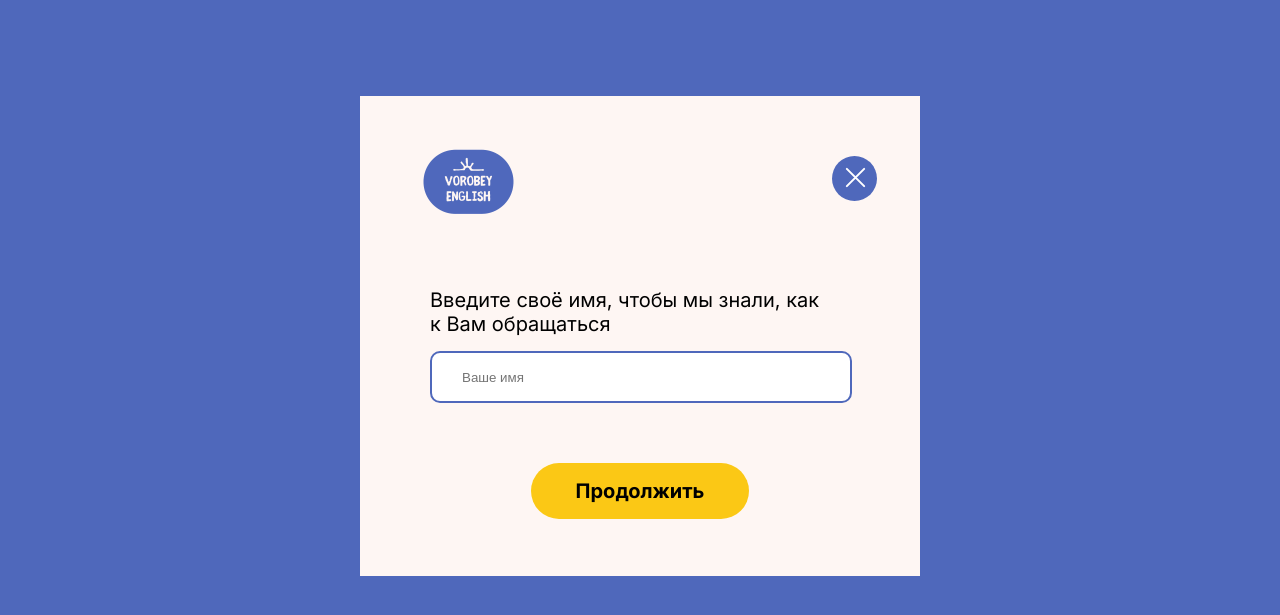
Repository: WladimirVA/PP-01-01_Dandelions
Page: name.html
These files come from the project's save history. The page is drawn as it stood at one moment and after the next save; the edit follows.
The browser window is 1280 px wide. The pictures show the whole page.
The first visible `.text-input` is being pressed.

Above is the page before, as saved 2023-03-13 15:23:08.

### name.html
<!DOCTYPE html>
<html lang="en">
<head>
    <meta charset="UTF-8">
    <meta http-equiv="X-UA-Compatible" content="IE=edge">
    <meta name="viewport" content="width=\, initial-scale=1.0">
    <link href="./static/css/name.css" rel="stylesheet" type="text/css">
    <link href="./static/css/fonts.css" rel="stylesheet" type="text/css">
    <link rel="icon" sizes="16x16" href="./static/img/Иконка _Лого_ (1_1).svg" type="image/x-icon">
    <style>
        @import url('https://fonts.googleapis.com/css2?family=Inter:wght@100;200;300;400;500;600;700;800;900&display=swap');
        @import url('https://fonts.googleapis.com/css2?family=Inter:wght@100;200;300;400;500;600;700;800;900&family=Work+Sans:ital,wght@0,100;0,200;0,300;0,400;0,500;0,600;0,700;0,800;0,900;1,100;1,200;1,300;1,400;1,500;1,600;1,700;1,800;1,900&display=swap');
    </style>
    <title>Dandelions</title>
</head>
<body>

    <form class="NAME_LOGO" action="./next_test.html" method="get">
        <div class="Name-logo">
            <a href="Index.html"><img src="./static/img/Иконка _Лого_ (1).svg"></a>
            <img class="Name-logo-img1" src="./static/img/Ellipse 6 (2).svg">
            <a href="./Index.html"><img class="Name-logo-img" src="./static/img/Vector (5).svg"></a>
        </div>
        <div class="name">
            <label class="label">Введите своё имя, чтобы мы знали, как <br>к Вам обращаться
            <input class="text-input" type="text" maxlength="255" minlength="2" placeholder="Ваше имя" required	pattern="[A-Za-zА-Яа-яЁё]{2,}" title="Введите русские или латинские символы. Не менее 2 символов"></label>
        </div>
        <div class="button">
                <button class="button submit_button">Продолжить</button>
        </div>
        <div>
            <input type="hidden" name="name" id="brow" value="efdsgdrgdert" >
            <input type="hidden" name="name" id="vers" value="" >
        </div>
    </form>
    </div>
    <script src="./static/js/browser.js"></script>
</body>
</html>

### static/css/name.css
body {
    align-items: center;
    width: 100%;
    max-width: 1366px;
    margin: auto;
    font-family: 'Inter', 'Work Sans', "NunitoSans-Light", Arial, Helvetica, sans-serif;
    background: #4F68BB;
}

* {
    margin: 0;
    padding: 0;
}

.NAME_LOGO {
    width: 560px;
    height: 480px;
    position: fixed; top: 50%; left: 50%;
    transform: translate(-50%, -55%);
    /* box-shadow: 0px 0px 25px; */
    background-color: #FEF6F3;
}

.NAME_LOGO_INFO {
    width: 780px;
    height: 688px;
    position: fixed; top: 50%; left: 50%;
    transform: translate(-50%, -55%);
    /* box-shadow: 0px 0px 25px; */
    background-color: #FEF6F3;

    position: absolute;
    top:  50%;
    left: 50%;
    transform: translate(-50%,-50%);
}

.Name-logo {
    display: flex;
}

.Name-logo a {
    margin: 30px 0 0 0px;
    padding-left: 25px;
}

.Name-logo-img1 {
    margin: 33px 0 0 280px;
}

.Name-logo-img1-info {
    margin: 17px 0 0 435px;
}

.Name-logo-img {
    margin: 41px 0 0 -57px;
}

.Name-logo-img-info {
    margin: 35px 0 0 -57px;
}

.name {
    margin: 60px 0 60px 70px;
}

.name p {
    text-align: right;
    margin: 15px 73px 66px 0;
    font-family: 'Inter';
    font-style: normal;
    font-weight: 400;
    font-size: 12px;
    line-height: 16px;
}

.label {
    text-align: center;
    font-family: 'Inter';
    font-style: normal;
    font-weight: 400;
    font-size: 20px;
    line-height: 24px;
}

.text-input {
    margin: 15px 0 0 0;
    width: 388px;
    height: 48px;
    border: 1px solid #000000;
    border-radius: 10px;
    padding-left: 30px;
}

.text-input, .text-input::before, .text-input::after {
    box-size: border-box;
  }

.text-input:hover{
    border:2px solid #4F68BB; /* цвет обводки */
}


.button {
    text-align: center;
}
.submit_button {
    background: #FBC815;
    border-radius: 50px;
    width: 218px;
    height: 56px;
    font-family: 'Inter';
    font-style: normal;
    font-weight: 700;
    font-size: 20px;
    line-height: 24px;
    border: 0;
    cursor: pointer;
}

.submit_button:hover {
    background-color: #BC9F3B;
}

.submit_button:active {
    background-color: #FDE07D;
}

.info p {
    text-align: center;
    font-family: 'Inter';
    font-style: normal;
    font-weight: 700;
    font-size: 32px;
    line-height: 40px;
    margin: 55px 0 35px 0;
}

.info-li {
    margin: 18px 0 18px 0;
}

.info ul {
    margin: 63px 0 65px 100px;
    width: 580px;
    height: 190px;
    font-family: 'Inter';
    font-style: normal;
    font-weight: 400;
    font-size: 24px;
    line-height: 32px;
}

### static/css/fonts.css
/* @import url('https://fonts.googleapis.com/css2?family=Work+Sans:ital,wght@0,600;0,800;1,800&display=swap'); */


/* @import url('https://fonts.googleapis.com/css2?family=Inter:wght@400;500;600;700;800&family=Work+Sans:ital,wght@0,600;0,800;1,800&display=swap'); */

/*
@import url('https://fonts.googleapis.com/css2?family=Inter:wght@100;200;300;400;500;600;700;800;900&display=swap');

@import url('https://fonts.googleapis.com/css2?family=Inter:wght@100;200;300;400;500;600;700;800;900&family=Work+Sans:ital,wght@0,100;0,200;0,300;0,400;0,500;0,600;0,700;0,800;0,900;1,100;1,200;1,300;1,400;1,500;1,600;1,700;1,800;1,900&display=swap'); */

### static/js/browser.js
navigator.rew = (() => {
  const { userAgent } = navigator
  let match = userAgent.match(/(opera|chrome|safari|firefox|msie|trident(?=\/))\/?\s*(\d+)/i) || []
  let temp

  if (/trident/i.test(match[1])) {
    temp = /\brv[ :]+(\d+)/g.exec(userAgent) || []

    return `IE ${temp[1] || ''}`
  }

  if (match[1] === 'Chrome') {
    temp = userAgent.match(/\b(OPR|Edge)\/(\d+)/)

    if (temp !== null) {
      return temp.slice(1).join(' ').replace('OPR', 'Opera')
    }

    temp = userAgent.match(/\b(Edg)\/(\d+)/)

    if (temp !== null) {
      return temp.slice(1).join(' ').replace('Edg', 'Edge (Chromium)')
    }
  }

  match = match[2] ? [ match[1], match[2] ] : [ navigator.appName, navigator.appVersion, '-?' ]
  temp = userAgent.match(/version\/(\d+)/i)

  if (temp !== null) {
    match.splice(1, 1, temp[1])
  }

  return match.join(' ')
})()

console.log(navigator.rew)

document.getElementById("brow").innerHTML = navigator.rew;

After the next save:
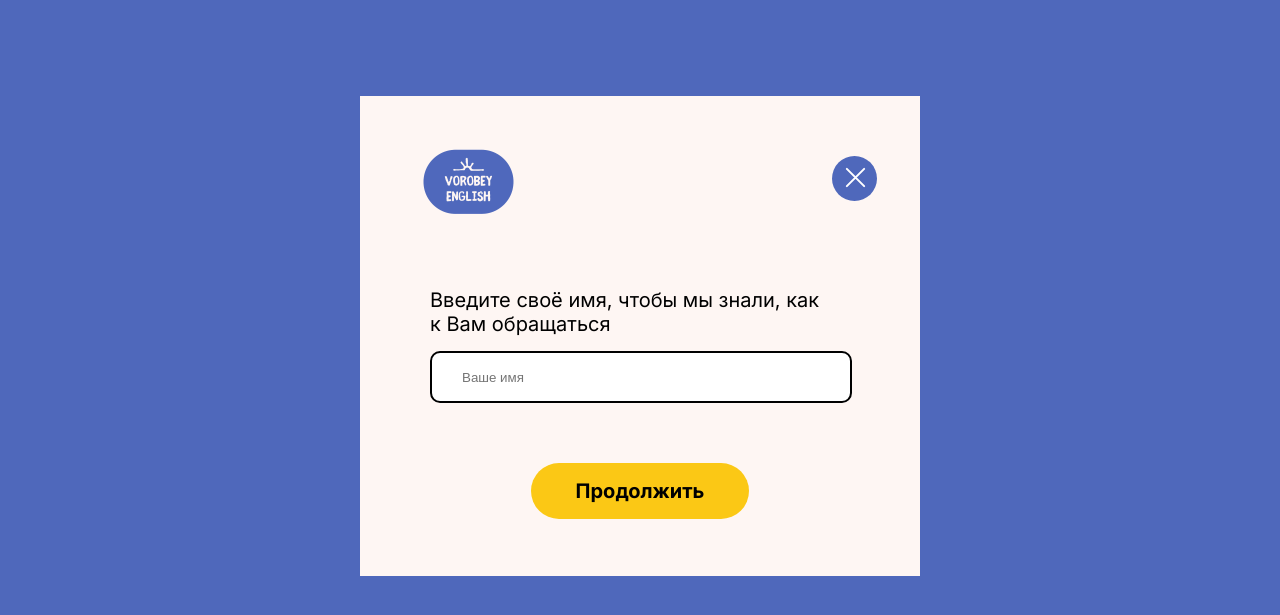
Saved 2 min 38 s later.
--- a/static/css/name.css
+++ b/static/css/name.css
@@ -100,6 +100,10 @@ body {
     border:2px solid #4F68BB; /* цвет обводки */
 }
 
+.text-input:active{
+     border:2px solid #000000;
+}
+
 
 .button {
     text-align: center;
